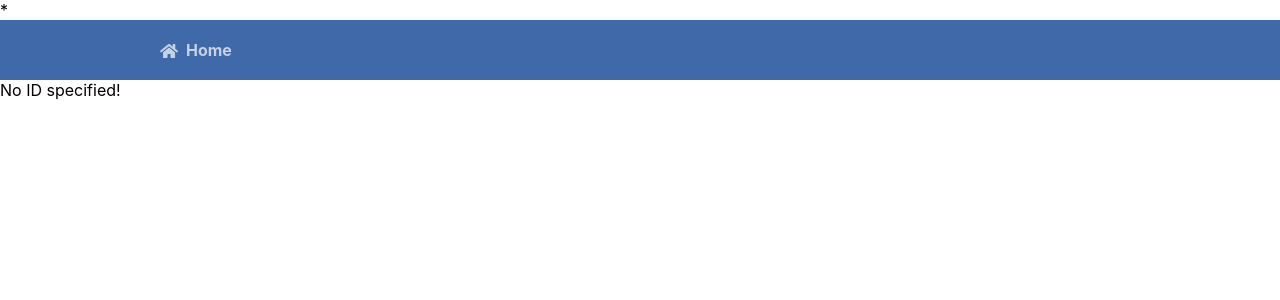
Repository: Zakraouihadil1/stage-perfectionnement-
Page: http://localhost/espace admin/delete-users.php
An editor plug-in stored every save of this project. The page is shown before and after the next save, followed by the edit.
The browser window is 1280 px wide. The pictures show the whole page.
The page is run by PHP 8.4 with error messages shown; the project is at /var/www/html/.

Above is the page before, as saved 2021-09-27 20:46:40.

After the next save:
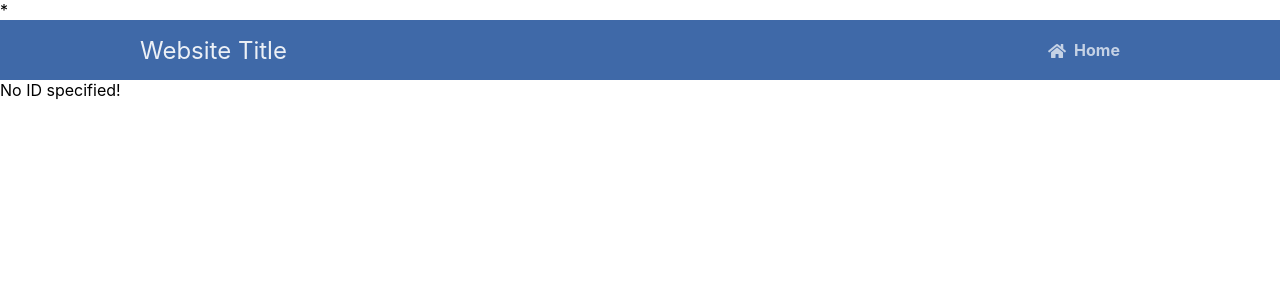
Saved 87 s later.
--- a/Espace admin/delete-users.php
+++ b/Espace admin/delete-users.php
@@ -10,6 +10,7 @@
     <body>
     <nav class="navtop">
     	<div>
+    		<h1>Website Title</h1>
             <a href="admin-home.php"><i class="fas fa-home"></i>Home</a>
     	</div>
     </nav>
